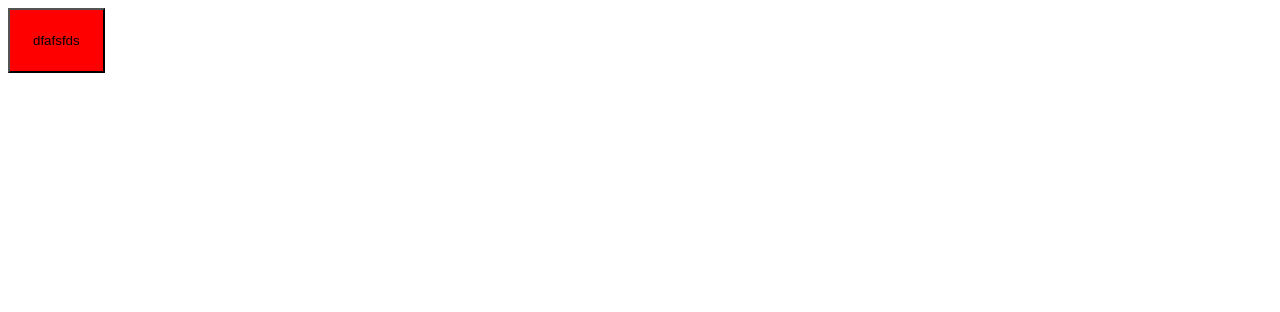
Repository: ntu34543/cut-landing-page-Figma
Page: home.html
An editor plug-in stored every save of this project. The page is shown before and after the next save, followed by the edit.
The browser window is 1280 px wide. The pictures show the whole page.

Above is the page before, as saved 2022-09-12 22:36:58.

After the next save:
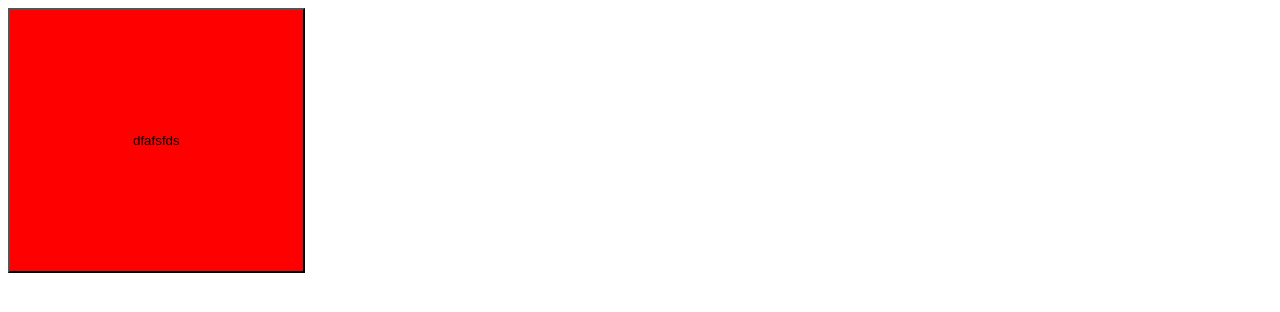
Saved 85 s later.
--- a/home.html
+++ b/home.html
@@ -179,7 +179,7 @@
         }
 
         .dessss{
-            padding: 23px;
+            padding: 123px;
             /* margin-left: 23px; */
             background-color: red;
         }
